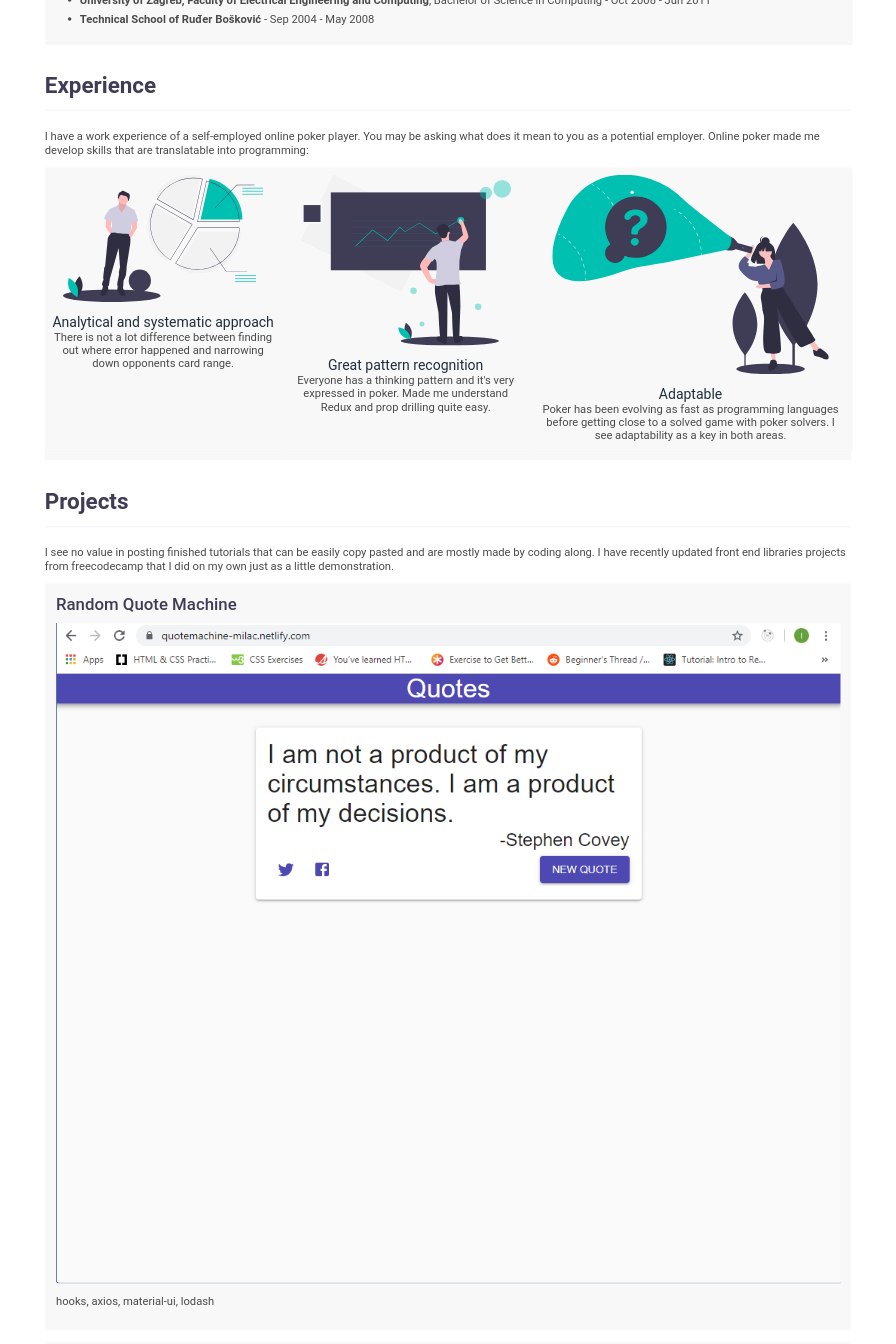
Repository: milac0/my-website
Page: /
These files come from the project's save history. The page is drawn as it stood at one moment and after the next save; the edit follows.
The browser window is 1280 px wide. The pictures show the part of the page from y = 1121 to 3041 px (the page is 6750 px tall before and 6765 px after), at 70% of full size.
The project was rebuilt for these pictures with package versions that can differ from the ones it lists, and the page was loaded fresh each time. Also part of the build but not shown: src/components/formContact.module.css, src/components/FormContact.js, src/pages/contact.module.css, src/pages/Contact.js. Imported but missing from the stored project, and not drawn on this page: src/resume.pdf.

Above is the page before, as saved 2019-10-24 20:34:20.

### public/index.html
<!DOCTYPE html>
<html lang="en">
  <head>
    <meta charset="utf-8" />
    <link rel="icon" href="%PUBLIC_URL%/favicon.ico" />
    <meta name="viewport" content="width=device-width, initial-scale=1" />
    <meta name="theme-color" content="#000000" />
    <meta
      name="description"
      content="Web site created using create-react-app"
    />
    <!--
      manifest.json provides metadata used when your web app is installed on a
      user's mobile device or desktop. See https://developers.google.com/web/fundamentals/web-app-manifest/
    -->
    <link rel="manifest" href="%PUBLIC_URL%/manifest.json" />
    <!--
      Notice the use of %PUBLIC_URL% in the tags above.
      It will be replaced with the URL of the `public` folder during the build.
      Only files inside the `public` folder can be referenced from the HTML.

      Unlike "/favicon.ico" or "favicon.ico", "%PUBLIC_URL%/favicon.ico" will
      work correctly both with client-side routing and a non-root public URL.
      Learn how to configure a non-root public URL by running `npm run build`.
    -->
    <title>Mile Balenovic</title>
  </head>
  <body>
    <noscript>You need to enable JavaScript to run this app.</noscript>
    <div id="root"></div>
    <!--
      This HTML file is a template.
      If you open it directly in the browser, you will see an empty page.

      You can add webfonts, meta tags, or analytics to this file.
      The build step will place the bundled scripts into the <body> tag.

      To begin the development, run `npm start` or `yarn start`.
      To create a production bundle, use `npm run build` or `yarn build`.
    -->
  </body>
</html>

### src/index.css
html, body {
  height: 100%;
}

body {
  display: flex;
  flex-direction: column;
}

body {
  margin: 0;
  font-family: 'Roboto', sans-serif;
  -webkit-font-smoothing: antialiased;
  -moz-osx-font-smoothing: grayscale;
}

/*****
  Navbar & Hero
*****/

header,
.hero {
  background:#3F3D56;
  border-bottom: 0.1px solid #ffffff;
  text-align: center;
}

.hero {
  margin-bottom: 2em;
}

.container {
  width: 90%;
  max-width: 1200px;
  margin: 0 auto;
}

nav li {
  list-style: none;
  display: flex;
  justify-content: space-evenly;
  align-items: center;
}

.nav-item:hover {
  filter: invert(0.1);
}
nav ul {
  padding: 0;
}

.hero {
  margin-bottom: 2.5em;
}

.hero-profile {
  padding: 3em 0;
}

.hero-profile img {
  margin-bottom: 0.5em;
}

.hero-profile-title,
.hero-profile-subtitle {
  color: #ffffff;
}

.hero-profile h1 {
  margin: 0;
  font-size: 2rem;
}

.hero-profile p {
  font-size: 1rem;
  margin: 0;
  margin-top: -0.25rem;
  margin-bottom: 1.5em;
}

.hero-profile-subtitle strong {
  font-weight: 700;
  color: #61dafb;
}

.button-cta,
.button-home {
  background: #00AEA0;
  color: #1f2e3f;
  padding: 0.75em 2em;
  border: none;
  border-radius: 20px;
  font-size: 1rem;
  font-weight: 700;
  text-decoration: none;
}

.button-cta:hover,
.button-cta:focus {
  background: #00C1B1;
  color: #1f2e3f;
  cursor: pointer;
}

.button-home {
  background: #ffffff;
  border: 2px solid #1f2e3f;
  padding: 0.3em 1em;
}

.button-home:hover,
.button-home:focus {
  border: 2px solid #ffffff;
 filter: invert(0.1);
}


/*****
  Typography
*****/

h1 {
  color: #3F3D56;
}

h2 {
  color: #3F3D56;
  font-size: 1.5rem;
  font-weight: 500;
  margin: 0;
}

p,
ul {
  color: #4a4a4a;
}

.section-skill h2 {
  color: #1F2E3F;
  font-size: 1.25rem;
  font-weight: 400;
  margin: 0;
}

.section-body {
  font-size: 1rem;
  margin-bottom: 1em;
}

#section-cta .section-title,
#section-cta .section-body {
  color: #ffffff;

}

/*****
  Layout
*****/
section {
  margin-bottom: 2.5em;
}

.section-title {
  border-bottom: 2px solid #F8F8F9;
  font-size: 2rem;
  padding-bottom: 0.5em;
}

.article-education,
.section-skill {
  box-shadow: 2px 2px #F8F8F9;
  border: 2px solid #F8F8F9;
  margin-bottom: 1em;
  padding: 0.5em;
}

.article-education li{
  margin-bottom: 0.5em;
}

.section-skill {
  background: #F8F8F9;
  text-align: center;
}

.section-skill p {
  margin: 0;
}

.section-skill-image {
  display: block;
  margin: 0 auto 1em auto;
  max-width: 400px;
  width: 100%;
}

article {
  background: #F8F8F9;
  padding: 1em;
  margin-bottom: 1em;
}

article h2 {
  margin-bottom: 0.5em;
}

.project-image {
  display: block;
  width: 100%;
  cursor: pointer;
  border-left: 1px solid #19427A;
  border-bottom: 1px solid #19427A;
  border-radius: 0 0 0 5px;
}

.project-image:hover {
  filter: invert(0.1);
}


#section-cta {
  padding-bottom: 5em;
  background: #3F3D56;
}

#section-cta{
  text-align: center;
  padding: 0.5em;
}

#section-cta .button-cta {
  margin: 1em 0 2em 0;
}

footer {
  background: #F8F8F9;
  padding: 3em 0;
  width: 100%;
  text-align: center;
  flex-shrink: 0;
}

.invalid-feedback {
  color: #D8000C;
  font-size: 0.75rem;
  font-family: 'Roboto', sans-serif;
}

@media (min-width: 752px) {
  .section-skills {
    background: #F8F8F9;
    display: flex;
    flex-direction: row;
    justify-content: center;
  }
  .section-skill-image {
    display: block;
    margin: 0 auto 1em auto;
    max-width: 400px;
    width: 90%;
  }
}

### src/App.js
import React from 'react';
import {
  BrowserRouter as Router,
  Switch,
  Route,
} from "react-router-dom";
import Home from './pages/Home'
import Contact from './pages/Contact';

function App() {
  return (
      <Router>
        <Switch>
        <Route path ="/" exact component={Home} />
        <Route path ="/contact" component={Contact} />
        </Switch>
      </Router>

  );
}

export default App;

### src/pages/Home.js
import React, { Fragment } from "react";
import Navbar from "../components/Navbar";
import Hero from "../components/Hero";
import AboutMe from "../components/AboutMe";
import Education from "../components/Education";
import Experience from "../components/Experience";
import Projects from "../components/Projects";
import SectionCTA from "../components/SectionCTA";
import Footer from "../components/Footer";

const Home = () => {
  return (
    <Fragment>
      <Navbar />
      <Hero />
      <main>
        <div className="container">
          <AboutMe />
          <Education />
          <Experience />
          <Projects />
          <SectionCTA />
        </div>
      </main>
      <Footer />
    </Fragment>
  );
};

export default Home;

### src/components/Navbar.js
import React from "react";
import { Link } from "react-router-dom";

import resumeIcon from "../images/resume.png";
import linkedinIcon from "../images/linkedin.png";
import githubIcon from "../images/github.png";
import homeIcon from "../images/home.png";
import resumePdf from "../resume.pdf";

//mui
import Tooltip from "@material-ui/core/Tooltip";

const Navbar = () => {
  return (
    <header>
      <div className="container">
        <nav>
          <li>
            <ul>
              <Tooltip title="Home">
                <Link to="/">
                  <img className="nav-item" src={homeIcon} alt="home" />
                </Link>
              </Tooltip>
            </ul>
            <ul>
              <Tooltip title="Resume">
                <a href={resumePdf} download target="_self">
                  <img className="nav-item" src={resumeIcon} alt="resume" />
                </a>
              </Tooltip>
            </ul>
            <ul>
              <Tooltip title="Linkedin">
                <a
                  href="https://www.linkedin.com/in/mile-balenovi%C4%87-a4ab9188/"
                  target="_blank"
                  rel="noopener noreferrer"
                >
                  <img className="nav-item" src={linkedinIcon} alt="linkedin" />
                </a>
              </Tooltip>
            </ul>
            <ul>
              <Tooltip title="Github">
                <a
                  href="https://github.com/milac0"
                  target="_blank"
                  rel="noopener noreferrer"
                >
                  <img className="nav-item" src={githubIcon} alt="github" />
                </a>
              </Tooltip>
            </ul>
          </li>
        </nav>
      </div>
    </header>
  );
};

export default Navbar;

### src/components/Hero.js
import React from "react";
import { Link } from "react-router-dom";
import LazyLoad from "react-lazyload";
import profileImg from "../images/profile.png";

const Hero = () => {
  return (
    <div className="hero">
      <div className="container">
        <div className="hero-profile">
          <img src={profileImg} className="hero-profile-image" alt="profile" />
          <h1 className="hero-profile-title">Mile Balenovic</h1>
          <p className="hero-profile-subtitle">
            Switching career to <strong>React</strong> development
          </p>
          <Link to="/contact">
            <button className="button-cta">Contact Me!</button>
          </Link>
        </div>
      </div>
    </div>
  );
};

export default Hero;

### src/components/AboutMe.js
import React from "react";

const AboutMe = () => {
  return (
    <section>
      <h1 className="section-title">About Me</h1>
      <p className="section-body">
        <strong>
          Master of Science in Information and communication technology.
        </strong>{" "}
        Constant learning and skill growth is what motivates me, while
        problem-solving and overcoming obstacles excites me. Completely involved
        in JavaScript upon ending online poker career in March 2019.
      </p>
    </section>
  );
};

export default AboutMe;

### src/components/Education.js
import React from "react";

const Education = () => {
  return (
    <section>
      <h1 className="section-title">Education</h1>
      <article className="article-education">
        <h2>Informal education</h2>
        <p>
          Internet is full of programming materials. Sites listed down below
          helped me learn a lot about
          <strong> HTML</strong>, <strong>CSS</strong>,{" "}
          <strong>JavaScript</strong>,<strong> React</strong> and a little bit
          about other technologies from the ground up.
        </p>
        <ul>
          <li>freeCodeCamp.org</li>
          <li>Udemy courses from Andrew Mead and Maximilian Schwarzmüller</li>
          <li>
            Youtube tutorials from channels: classNameed, The Net Ninja, Travery
            Media{" "}
          </li>
          <li>MDN</li>
          <li>W3Schools</li>
          <li>stackoverflow</li>
        </ul>
      </article>
      <article className="article-education">
        <h2>Formal Education</h2>
        <ul>
          <li>
            <strong>
              University of Zagreb, Faculty of Electrical Engineering and
              Computing
            </strong>
            , Master of Science in Information and communication technology -
            Oct 2011 - Sep 2014
          </li>
          <li>
            <strong>
              University of Zagreb, Faculty of Electrical Engineering and
              Computing
            </strong>
            , Bachelor of Science in Computing - Oct 2008 - Jun 2011
          </li>
          <li>
            <strong>Technical School of Ruđer Bošković</strong> - Sep 2004 - May
            2008
          </li>
        </ul>
      </article>
    </section>
  );
};

export default Education;

### src/components/Experience.js
import React from "react";
import LazyLoad from "react-lazyload";
import analyticalImg from "../images/analytical.svg";
import patternImg from "../images/pattern.svg";
import adaptiveImg from "../images/adaptive.svg";

const Experience = () => {
  return (
    <section>
      <h1 className="section-title">Experience</h1>
      <p className="section-body">
        I have a work experience of a self-employed online poker player. You may
        be asking what does it mean to you as a potential employer. Online poker
        made me develop skills that are translatable into programming:
      </p>
      <div className="section-skills">
      <div className="section-skill">
        <LazyLoad height={200}>
          <img
            className="section-skill-image"
            src={analyticalImg}
            alt="analytical"
          />
        </LazyLoad>
        <h2>Analytical and systematic approach</h2>
        <p>
          There is not a lot difference between finding out where error happened
          and narrowing down opponents card range.
        </p>
      </div>
      <div className="section-skill">
        <LazyLoad height={200}>
          <img className="section-skill-image" src={patternImg} alt="pattern" />
        </LazyLoad>
        <h2>Great pattern recognition</h2>
        <p>
          Everyone has a thinking pattern and it's very expressed in poker. Made
          me understand Redux and prop drilling quite easy.
        </p>
      </div>
      <div className="section-skill">
        <LazyLoad height={200}>
          <img className="section-skill-image" src={adaptiveImg} alt="" />
        </LazyLoad>
        <h2>Adaptable</h2>
        <p>
          Poker has been evolving as fast as programming languages before
          getting close to a solved game with poker solvers. I see adaptability
          as a key in both areas.
        </p>
      </div>
      </div>
    </section>
  );
};

export default Experience;

### src/components/Projects.js
import React from "react";
import LazyLoad from "react-lazyload";

import quoteImg from "../images/quote.PNG";
import markdownImg from "../images/markdown.PNG";
import pomodoroImg from "../images/pomodoro.PNG";
import drumImg from "../images/drum.PNG";

const Projects = () => {
  return (
    <section>
      <h1 className="section-title">Projects</h1>
      <p className="section-body">
        I see no value in posting finished tutorials that can be easily copy
        pasted and are mostly made by coding along. I have recently updated
        front end libraries projects from freecodecamp that I did on my own just
        as a little demonstration.
      </p>
      <article>
        <h2>Random Quote Machine</h2>
        <a
          href="https://quotemachine-milac.netlify.com/"
          target="_blank"
          rel="noopener noreferrer"
        >
          <LazyLoad>
            <img className="project-image" src={quoteImg} alt="quote-machine" />
          </LazyLoad>
        </a>
        <p>hooks, axios, material-ui, lodash</p>
      </article>
      <article>
        <h2>Markdown Previewer</h2>
        <a
          href="https://markdown-milac.netlify.com/"
          target="_blank"
          rel="noopener noreferrer"
        >
          <LazyLoad>
            <img
              className="project-image"
              src={markdownImg}
              alt="markdown-previewer"
            />
          </LazyLoad>
        </a>
        <p>nothing</p>
      </article>
      <article>
        <h2>Drum Machine</h2>
        <a
          href="https://drummachine-milac.netlify.com/"
          target="_blank"
          rel="noopener noreferrer"
        >
          <LazyLoad>
            <img className="project-image" src={drumImg} alt="drum-machine" />
          </LazyLoad>
        </a>
        <p>hooks, axios, material-ui</p>
      </article>
      <article>
        <h2>Pomodoro Clock</h2>
        <a
          href="https://pomodoro-clo.netlify.com/"
          target="_blank"
          rel="noopener noreferrer"
        >
          <LazyLoad>
            <img
              className="project-image"
              src={pomodoroImg}
              alt="pomodoro clock"
            />
          </LazyLoad>
        </a>
        <p>hooks, axios, material-ui</p>
      </article>
    </section>
  );
};

export default Projects;

### src/components/SectionCTA.js
import React from "react";
import { Link } from "react-router-dom";

const SectionCTA = () => {
  return (
    <section id="section-cta">
      <h1 className="section-title">Do you like what you've read?</h1>
      <p className="section-body">
        I have plenty more to learn and with the guidance of yours more experienced
        employees I'm sure I can contribute to your company in no time.
      </p>
      <Link to="/contact">
        <button className="button-cta">Contact Me!</button>
      </Link>
    </section>
  );
};

export default SectionCTA;

### src/components/Footer.js
import React from "react";

const Footer = () => {
  return (
    <footer>
      <p> Copyright 2019</p>
    </footer>
  );
};

export default Footer;

Loaded but not shown: src/index.js (common file)

After the next save:
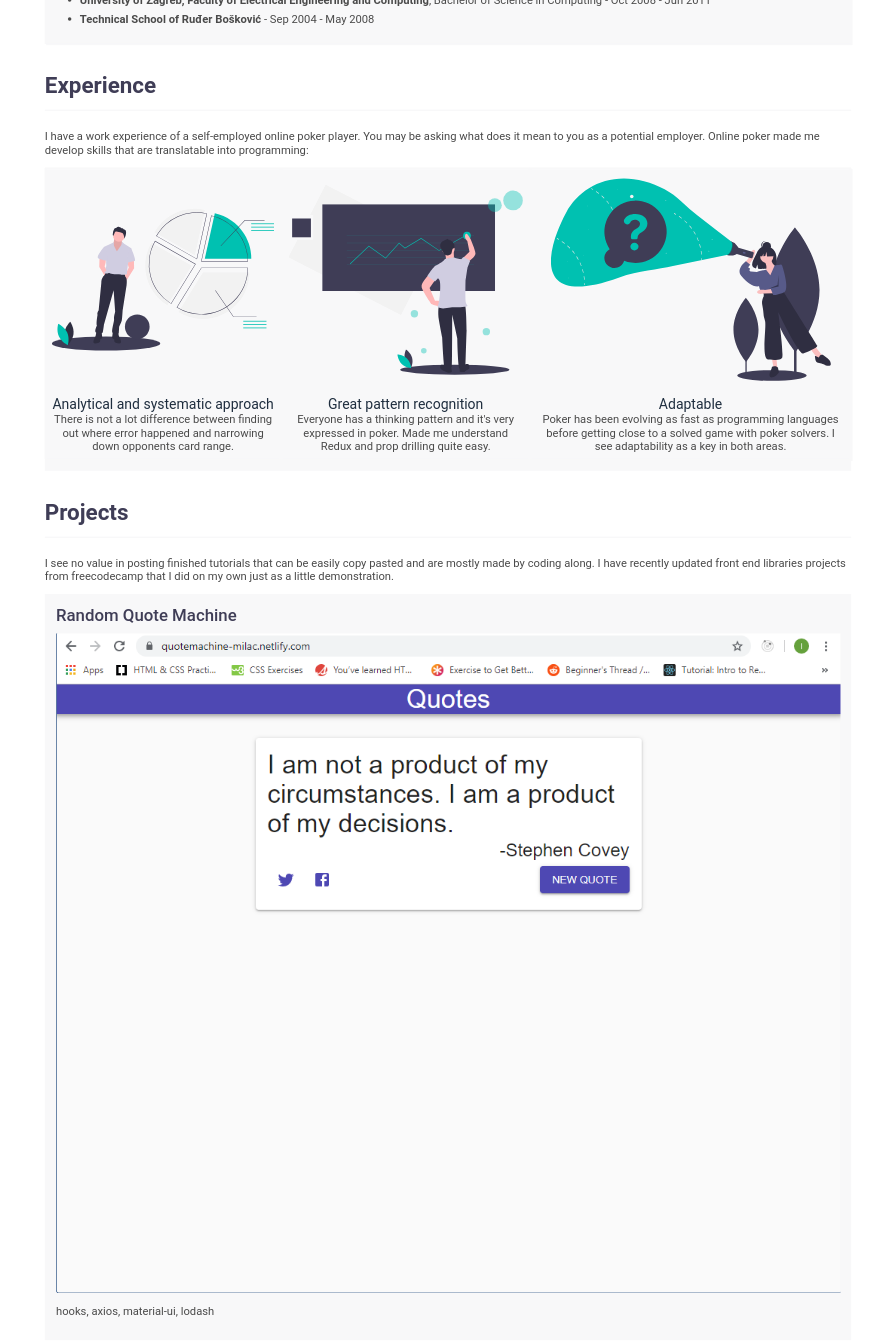
Saved 30 s later.
--- a/src/index.css
+++ b/src/index.css
@@ -256,7 +256,7 @@ footer {
   .section-skill-image {
     display: block;
     margin: 0 auto 1em auto;
-    max-width: 400px;
-    width: 90%;
+    width: 100%;
+    height: 300px;
   }
 }
